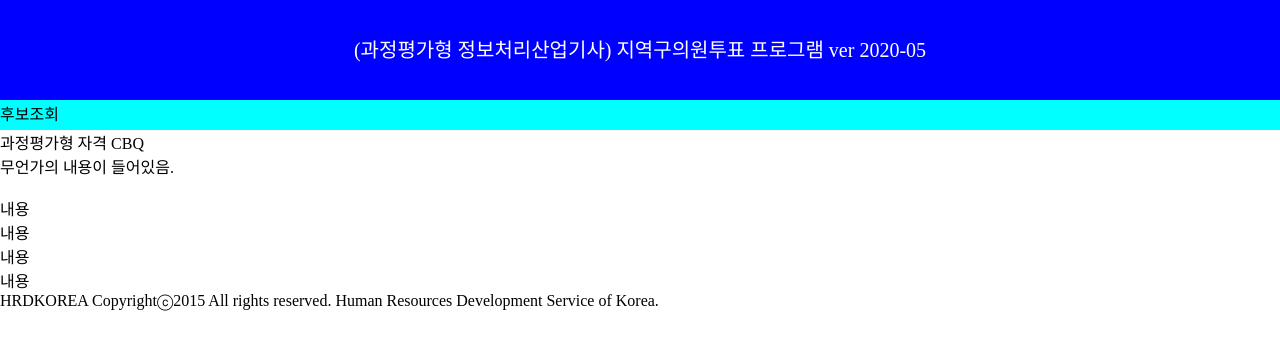
Repository: kayeunae/mvc-pattern
Page: http://localhost/VOTE_1234/
An editor plug-in stored every save of this project. The page is shown before and after the next save, followed by the edit.
The browser window is 1280 px wide. The pictures show the whole page.
The page is served by Tomcat 9.

Above is the page before, as saved 2022-12-21 05:04:04.

After the next save:
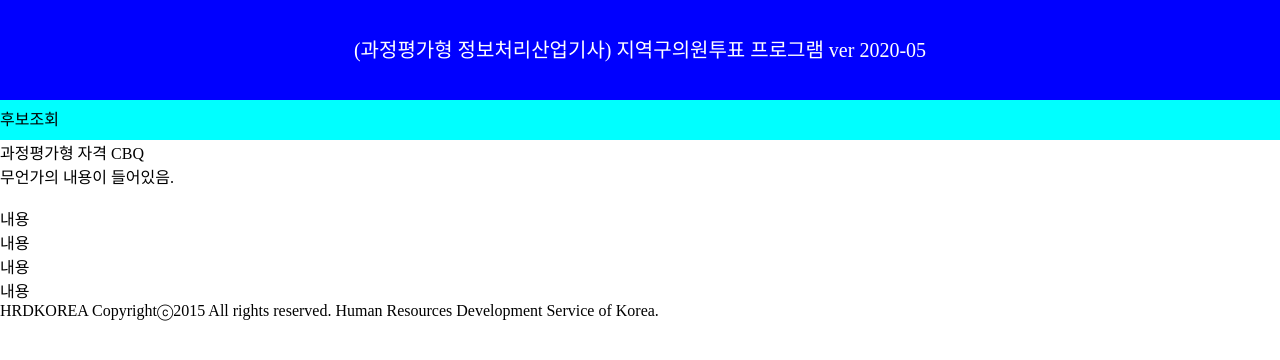
Saved 8 s later.
--- a/VOTE_1234/src/main/webapp/style.css
+++ b/VOTE_1234/src/main/webapp/style.css
@@ -19,8 +19,8 @@
 }
 
 nav {
-	height: 30px;
-	line-height: 30px;
+	height: 40px;
+	line-height: 40px;
 	width: 100%;
 	background: aqua;
 	overflow: hidden;
